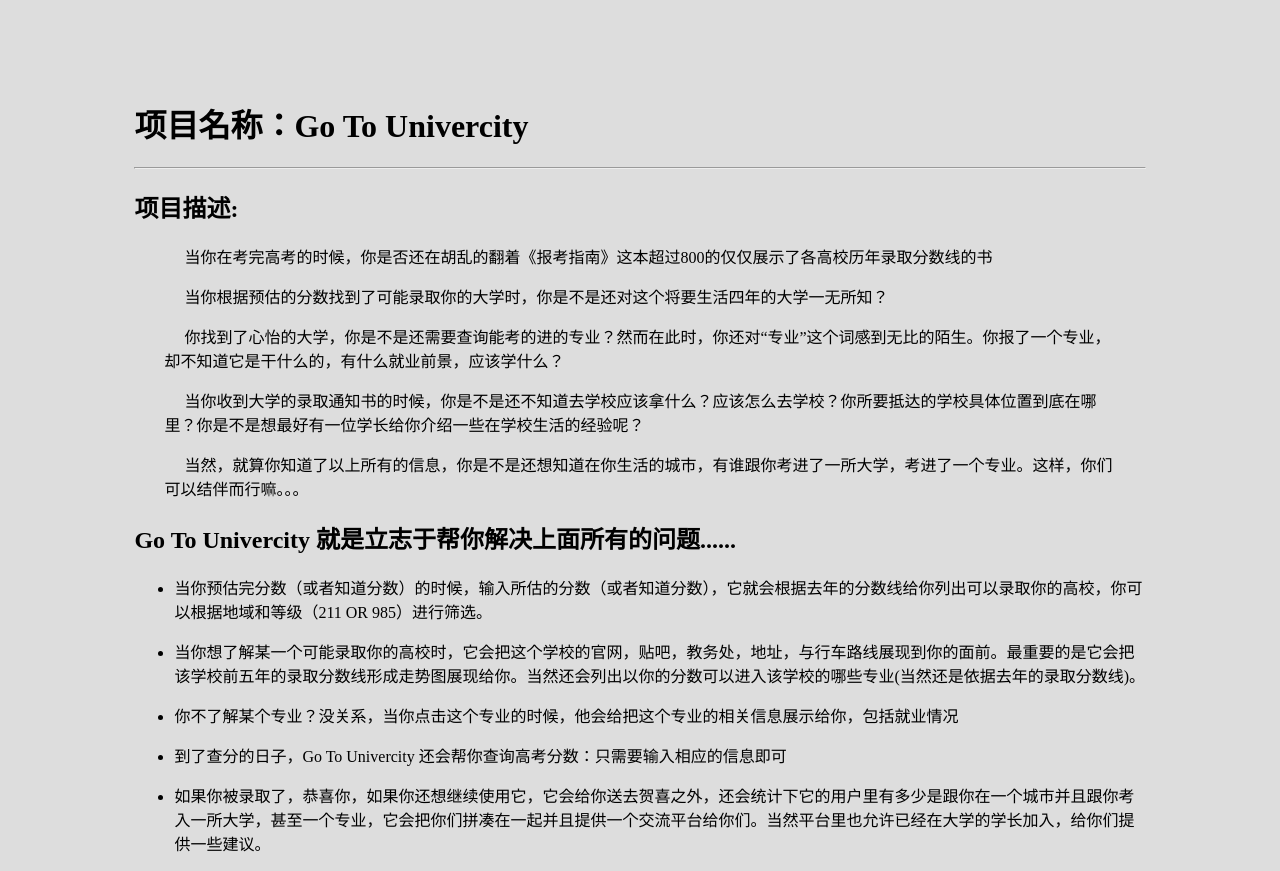
Repository: SUT-GC/GoToUnivercity
Page: http://localhost/GoToUniversity/ideasource/idea.jsp
The author's editor kept a copy of each file at every save. The page is drawn from the files as they stood at one save, then again after the next save.
The browser window is 1280 px wide. The pictures show the whole page.
The page is served by Tomcat 9. Nobody is signed in. The application's start-up code is not run.

Above is the page before, as saved 2015-11-16 11:21:25.

After the next save:
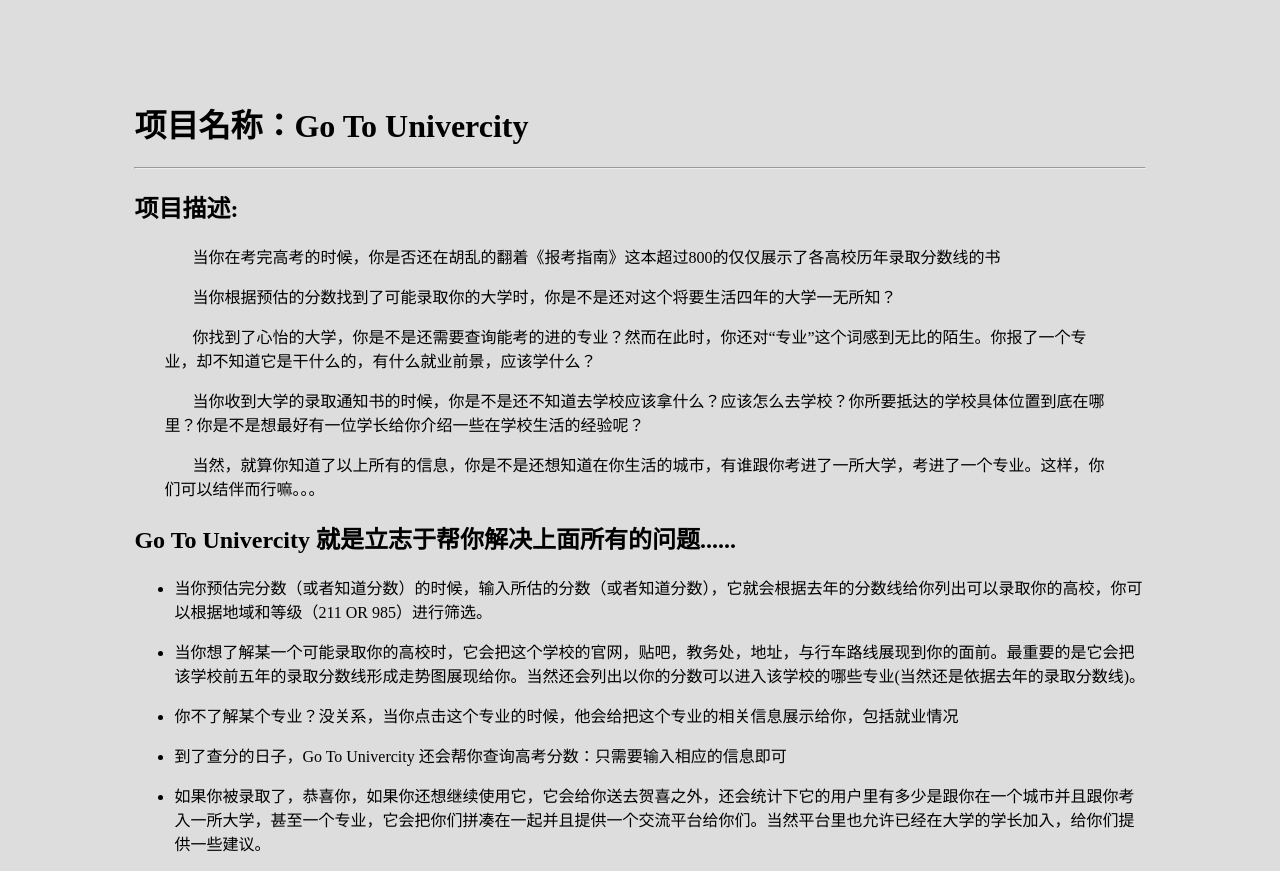
Saved 16 s later.
--- a/GoToUniversity/WebContent/ideasource/idea.jsp
+++ b/GoToUniversity/WebContent/ideasource/idea.jsp
@@ -16,11 +16,11 @@
 		<div class="content_body">
 			<div class="content_body_description">
 				<h2>项目描述:</h2>
-					<p>&nbsp&nbsp&nbsp&nbsp 当你在考完高考的时候，你是否还在胡乱的翻着《报考指南》这本超过800的仅仅展示了各高校历年录取分数线的书</p>
-					<p>&nbsp&nbsp&nbsp&nbsp 当你根据预估的分数找到了可能录取你的大学时，你是不是还对这个将要生活四年的大学一无所知？</p>
-					<p>&nbsp&nbsp&nbsp&nbsp 你找到了心怡的大学，你是不是还需要查询能考的进的专业？然而在此时，你还对“专业”这个词感到无比的陌生。你报了一个专业，却不知道它是干什么的，有什么就业前景，应该学什么？</p>
-					<p>&nbsp&nbsp&nbsp&nbsp 当你收到大学的录取通知书的时候，你是不是还不知道去学校应该拿什么？应该怎么去学校？你所要抵达的学校具体位置到底在哪里？你是不是想最好有一位学长给你介绍一些在学校生活的经验呢？</p>
-					<p>&nbsp&nbsp&nbsp&nbsp 当然，就算你知道了以上所有的信息，你是不是还想知道在你生活的城市，有谁跟你考进了一所大学，考进了一个专业。这样，你们可以结伴而行嘛。。。</p>
+					<p>&nbsp&nbsp&nbsp&nbsp&nbsp&nbsp 当你在考完高考的时候，你是否还在胡乱的翻着《报考指南》这本超过800的仅仅展示了各高校历年录取分数线的书</p>
+					<p>&nbsp&nbsp&nbsp&nbsp&nbsp&nbsp 当你根据预估的分数找到了可能录取你的大学时，你是不是还对这个将要生活四年的大学一无所知？</p>
+					<p>&nbsp&nbsp&nbsp&nbsp&nbsp&nbsp 你找到了心怡的大学，你是不是还需要查询能考的进的专业？然而在此时，你还对“专业”这个词感到无比的陌生。你报了一个专业，却不知道它是干什么的，有什么就业前景，应该学什么？</p>
+					<p>&nbsp&nbsp&nbsp&nbsp&nbsp&nbsp 当你收到大学的录取通知书的时候，你是不是还不知道去学校应该拿什么？应该怎么去学校？你所要抵达的学校具体位置到底在哪里？你是不是想最好有一位学长给你介绍一些在学校生活的经验呢？</p>
+					<p>&nbsp&nbsp&nbsp&nbsp&nbsp&nbsp 当然，就算你知道了以上所有的信息，你是不是还想知道在你生活的城市，有谁跟你考进了一所大学，考进了一个专业。这样，你们可以结伴而行嘛。。。</p>
 			</div>
 			<div class="content_body_content">
 				<h2>Go To Univercity 就是立志于帮你解决上面所有的问题......</h2>
